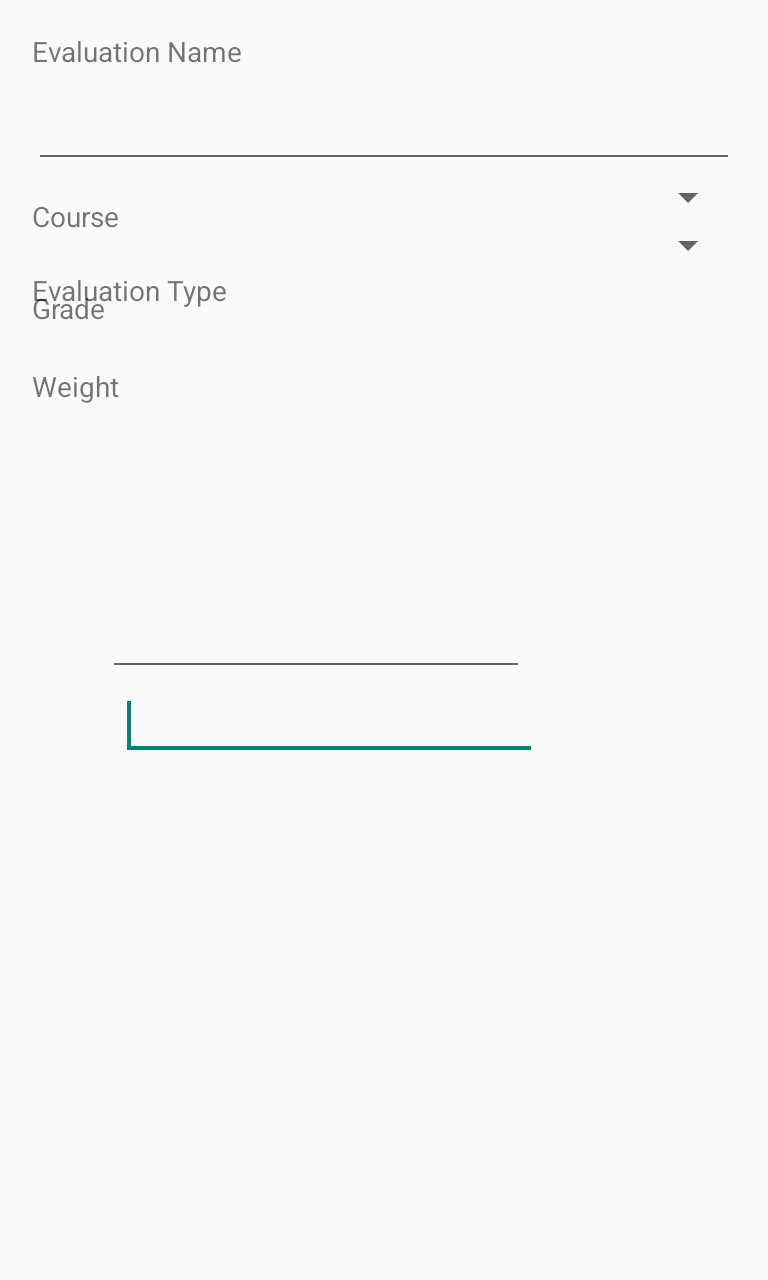
Repository: Tenergy05/GradePlanner
Layout: GradePlanner/res/layout/activity_add_mark.xml
An editor plug-in stored every save of this project. The layout is shown before and after the next save, followed by the edit.
It is drawn on a 768 x 1280 px phone screen (xhdpi) without system bars, with theme AppTheme; the app's code is not run.

Above is the layout before, as saved 2014-12-30 21:35:55.

### GradePlanner/res/layout/activity_add_mark.xml
<RelativeLayout xmlns:android="http://schemas.android.com/apk/res/android"
    xmlns:tools="http://schemas.android.com/tools"
    android:layout_width="match_parent"
    android:layout_height="match_parent"
    android:paddingBottom="@dimen/activity_vertical_margin"
    android:paddingLeft="@dimen/activity_horizontal_margin"
    android:paddingRight="@dimen/activity_horizontal_margin"
    android:paddingTop="@dimen/activity_vertical_margin"
    tools:context="com.example.gradeplanner.AddMarkActivity" >

    <TextView
        android:id="@+id/textView1"
        android:layout_width="wrap_content"
        android:layout_height="wrap_content"
        android:text="@string/eval_name" />

    <EditText
        android:id="@+id/editText1"
        android:layout_width="wrap_content"
        android:layout_height="wrap_content"
        android:layout_alignLeft="@+id/textView1"
        android:layout_alignParentRight="true"
        android:layout_below="@+id/textView1"
        android:layout_marginTop="10dp"
        android:inputType="text"
        android:ems="10" />

    <TextView
        android:id="@+id/textView2"
        android:layout_width="wrap_content"
        android:layout_height="wrap_content"
        android:layout_alignLeft="@+id/editText1"
        android:layout_below="@+id/editText1"
        android:layout_marginTop="12dp"
        android:text="@string/course" />

    <Spinner
        android:id="@+id/spinner1"
        android:layout_width="wrap_content"
        android:layout_height="wrap_content"
        android:layout_alignRight="@+id/editText1"
        android:layout_below="@+id/editText1"
        android:layout_toRightOf="@+id/textView2" />

    <TextView
        android:id="@+id/textView3"
        android:layout_width="wrap_content"
        android:layout_height="wrap_content"
        android:layout_alignLeft="@+id/textView2"
        android:layout_below="@+id/textView2"
        android:layout_marginTop="18dp"
        android:text="@string/eval_type" />

    <Spinner
        android:id="@+id/spinner2"
        android:layout_width="wrap_content"
        android:layout_height="wrap_content"
        android:layout_alignParentLeft="true"
        android:layout_alignParentRight="true"
        android:layout_below="@+id/spinner1" />

    <TextView
        android:id="@+id/textView4"
        android:layout_width="wrap_content"
        android:layout_height="wrap_content"
        android:layout_alignLeft="@+id/spinner2"
        android:layout_below="@+id/spinner2"
        android:layout_marginTop="10dp"
        android:text="@string/grade" />

    <EditText
        android:id="@+id/editText2"
        android:layout_width="wrap_content"
        android:layout_height="wrap_content"
        android:layout_centerVertical="true"
        android:layout_toRightOf="@+id/textView4"
        android:ems="10"
        android:inputType="number" />

    <TextView
        android:id="@+id/textView5"
        android:layout_width="wrap_content"
        android:layout_height="wrap_content"
        android:layout_alignLeft="@+id/textView4"
        android:layout_below="@+id/textView4"
        android:layout_marginTop="20dp"
        android:text="@string/weight" />

    <EditText
        android:id="@+id/editText3"
        android:layout_width="wrap_content"
        android:layout_height="wrap_content"
        android:layout_below="@+id/editText2"
        android:layout_toRightOf="@+id/textView5"
        android:ems="10"
        android:inputType="number" >

        <requestFocus />
    </EditText>

</RelativeLayout>

### GradePlanner/res/values/strings.xml
<?xml version="1.0" encoding="utf-8"?>
<resources>

    <string name="app_name">Grade Planner</string>
    <string name="add_course">Add Course</string>
    <string name="course">Course</string>
    <string name="grade">Grade</string>
    <string name="goal">Goal</string>
    <string name="weight">Weight</string>
    <string name="action_settings">Settings</string>
    <string name="title_activity_add_course">Add Course</string>
    <string name="course_code">Course Code</string>
    <string name="grade_goal">Course Goal</string>
    <string name="add_mark">Add Mark</string>
    <string name="percentage">%</string>
    <string name="submit">Submit</string>
    <string name="title_activity_add_mark">Add Mark</string>
    <string name="eval_name">Evaluation Name</string>
    <string name="eval_type">Evaluation Type</string>
    <string name="special_type">Replace all lower marks</string>

</resources>

Loaded but not shown: GradePlanner/res/values/styles.xml (common file); GradePlanner/res/values-v11/styles.xml (common file); GradePlanner/res/values-v14/styles.xml (common file); GradePlanner/res/values/dimens.xml (common file); GradePlanner/res/values-w820dp/dimens.xml (common file)

After the next save:
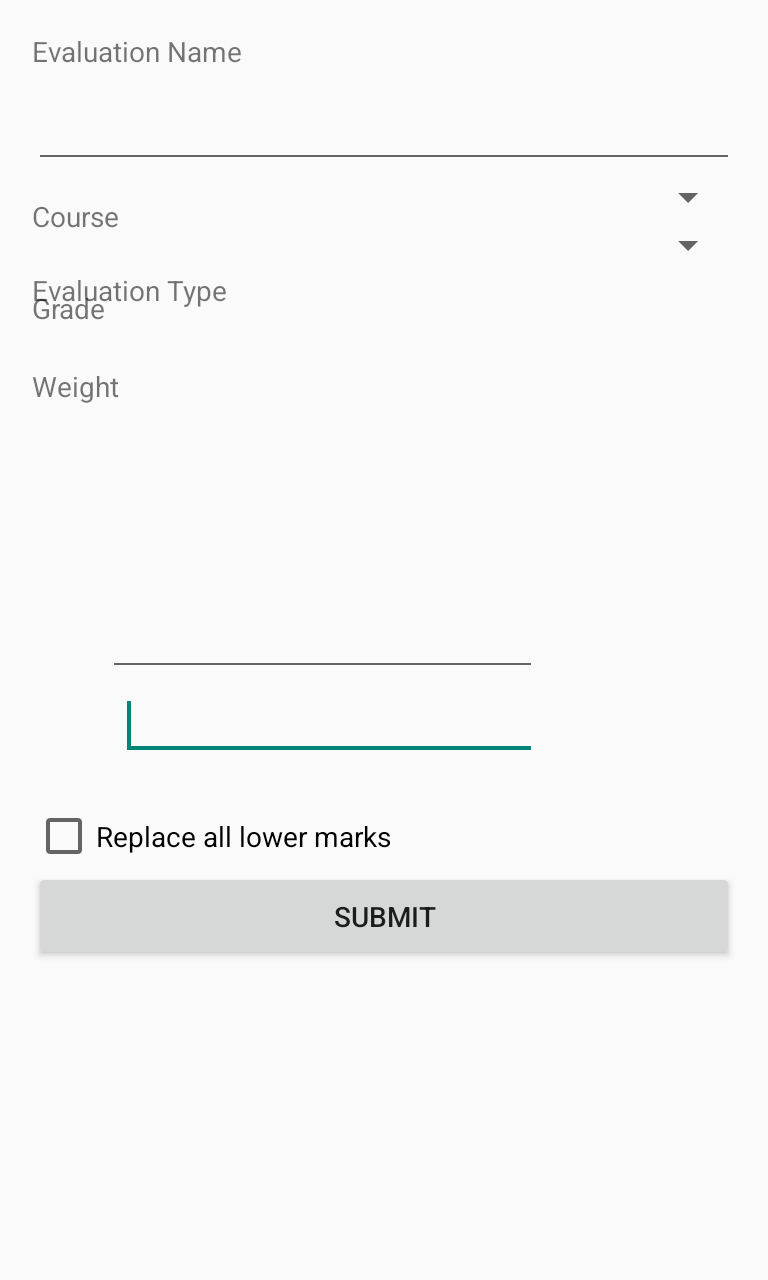
Saved 11 s later.
--- a/GradePlanner/res/layout/activity_add_mark.xml
+++ b/GradePlanner/res/layout/activity_add_mark.xml
@@ -72,6 +72,7 @@
         android:id="@+id/editText2"
         android:layout_width="wrap_content"
         android:layout_height="wrap_content"
+        android:layout_alignRight="@+id/editText3"
         android:layout_centerVertical="true"
         android:layout_toRightOf="@+id/textView4"
         android:ems="10"
@@ -98,4 +99,22 @@
         <requestFocus />
     </EditText>
 
+    <CheckBox
+        android:id="@+id/checkBox1"
+        android:layout_width="wrap_content"
+        android:layout_height="wrap_content"
+        android:layout_alignLeft="@+id/textView5"
+        android:layout_below="@+id/editText3"
+        android:layout_marginTop="20dp"
+        android:text="@string/special_type" />
+
+    <Button
+        android:id="@+id/button1"
+        android:layout_width="wrap_content"
+        android:layout_height="wrap_content"
+        android:layout_alignParentLeft="true"
+        android:layout_alignParentRight="true"
+        android:layout_below="@+id/checkBox1"
+        android:text="@string/submit" />
+
 </RelativeLayout>
